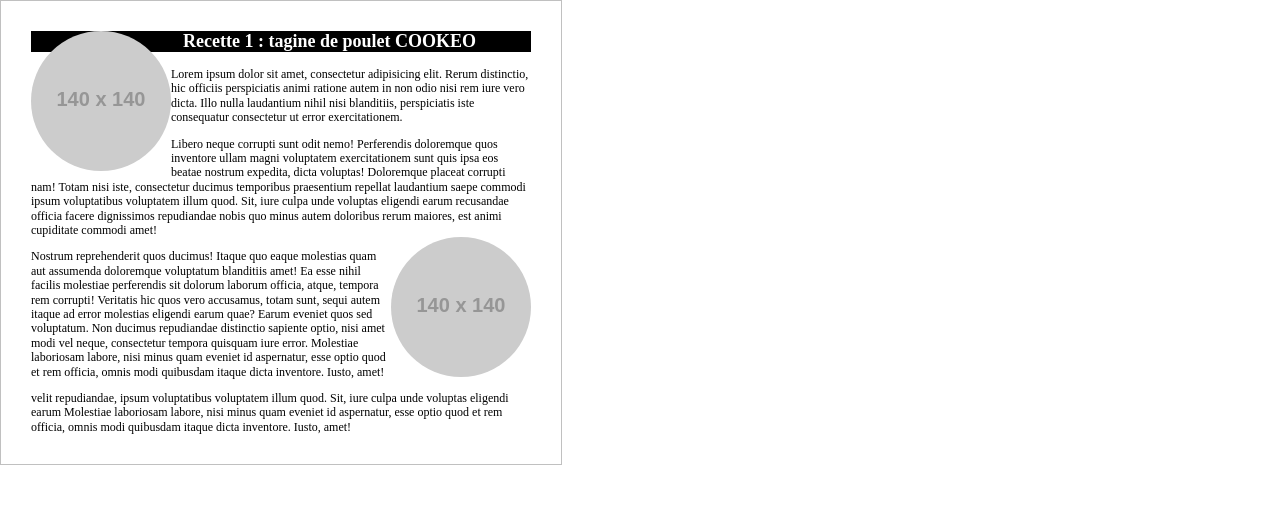
Repository: Luc010/Exercices
Page: HTML CSS/cours/float4.html
These files come from the project's save history. The page is drawn as it stood at one moment and after a run of saves; the edit follows.
The browser window is 1280 px wide. The pictures show the whole page.

Above is the page before, as saved 2019-09-05 11:59:24.

After the next 3 saves:
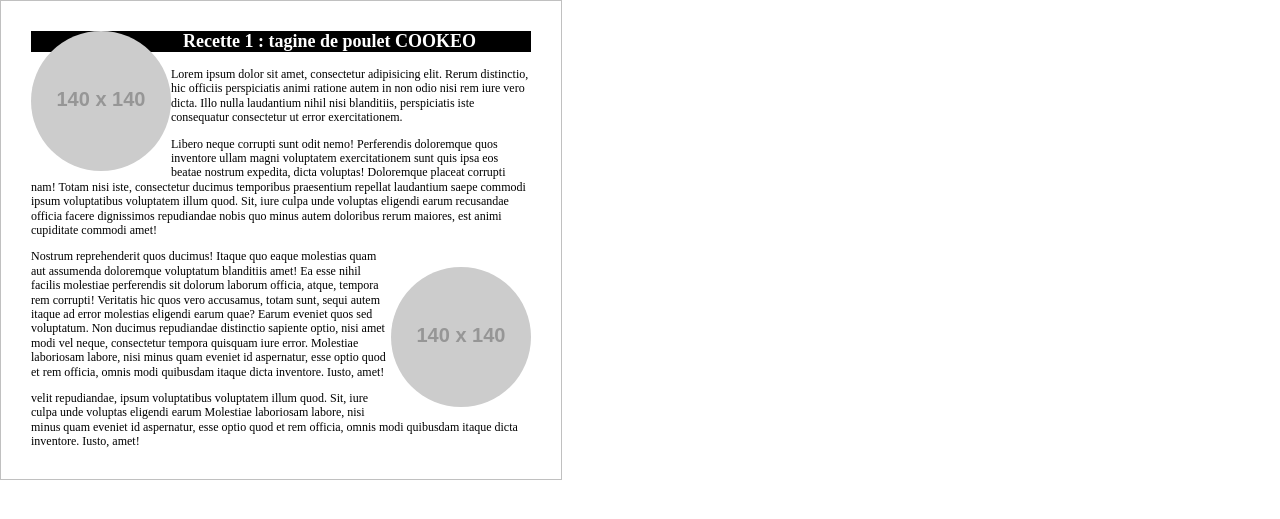
The 3 saves are shown as one change because they came seconds apart.
The last was saved 40 s later.
--- a/HTML CSS/cours/float4.html
+++ b/HTML CSS/cours/float4.html
@@ -53,7 +53,7 @@
                 voluptatibus voluptatem illum quod. Sit, iure culpa unde voluptas eligendi earum recusandae officia
                 facere dignissimos repudiandae nobis quo minus autem doloribus rerum maiores, est animi cupiditate
                 commodi amet! </p>
-            <img src="https://via.placeholder.com/140x140" style="float: right;" >
+            <img src="https://via.placeholder.com/140x140" style="float: right;margin-top: 30px;" >
             <p>Nostrum reprehenderit quos ducimus! Itaque quo eaque molestias quam aut assumenda doloremque voluptatum
                 blanditiis amet! Ea esse nihil facilis molestiae perferendis sit dolorum laborum officia, atque, tempora
                 rem corrupti! Veritatis hic quos vero accusamus, totam sunt, sequi autem itaque ad error molestias
